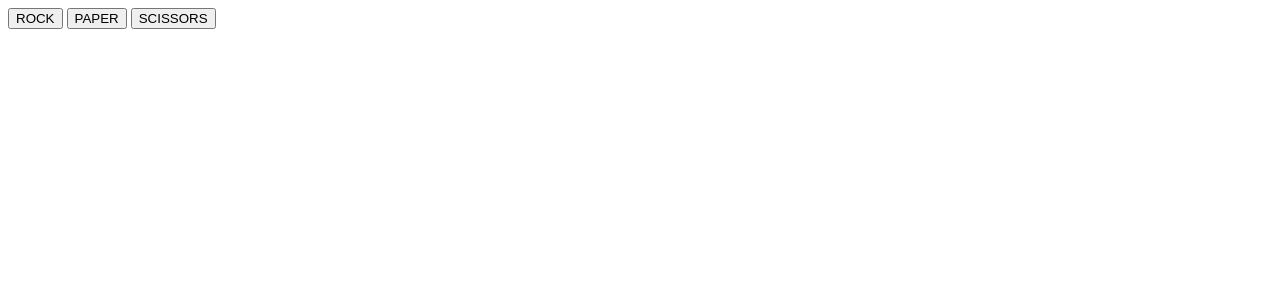
Repository: z1youRA/rock_paper_scissors
Page: index.html
These files come from the project's save history. The page is drawn as it stood at one moment and after the next save; the edit follows.
The browser window is 1280 px wide. The pictures show the whole page.

Above is the page before, as saved 2021-12-14 13:54:33.

After the next save:
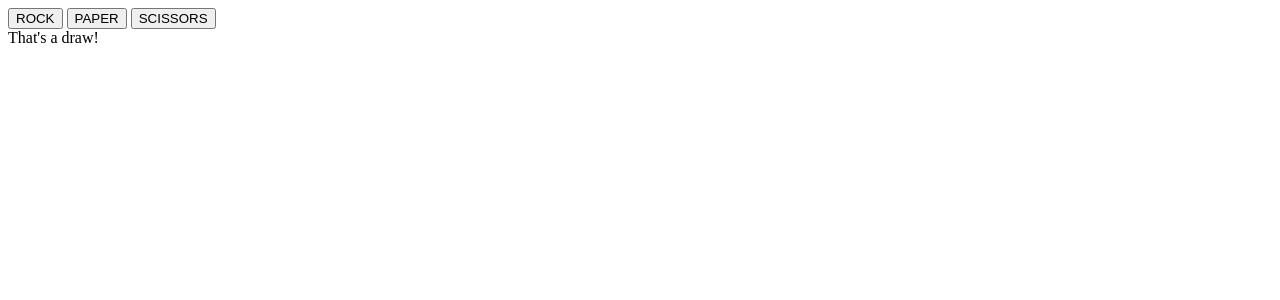
Saved 40 s later.
--- a/rockpaperscissors.js
+++ b/rockpaperscissors.js
@@ -56,3 +56,7 @@ const buttons = Array.from(document.querySelectorAll('button'));
 buttons.forEach(button => {
     button.addEventListener('click', () => playround(button.textContent, computerPlay()));
 });
+const result = document.createElement('div');
+const container = document.querySelector('.container');
+result.textContent = "That's a draw! ";
+container.appendChild(result);

After the save that followed:
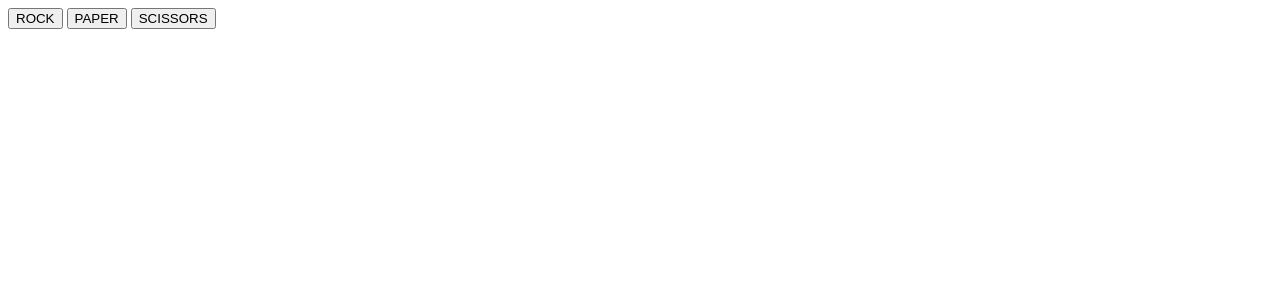
Saved 89 s later.
--- a/rockpaperscissors.js
+++ b/rockpaperscissors.js
@@ -56,7 +56,3 @@ const buttons = Array.from(document.querySelectorAll('button'));
 buttons.forEach(button => {
     button.addEventListener('click', () => playround(button.textContent, computerPlay()));
 });
-const result = document.createElement('div');
-const container = document.querySelector('.container');
-result.textContent = "That's a draw! ";
-container.appendChild(result);
